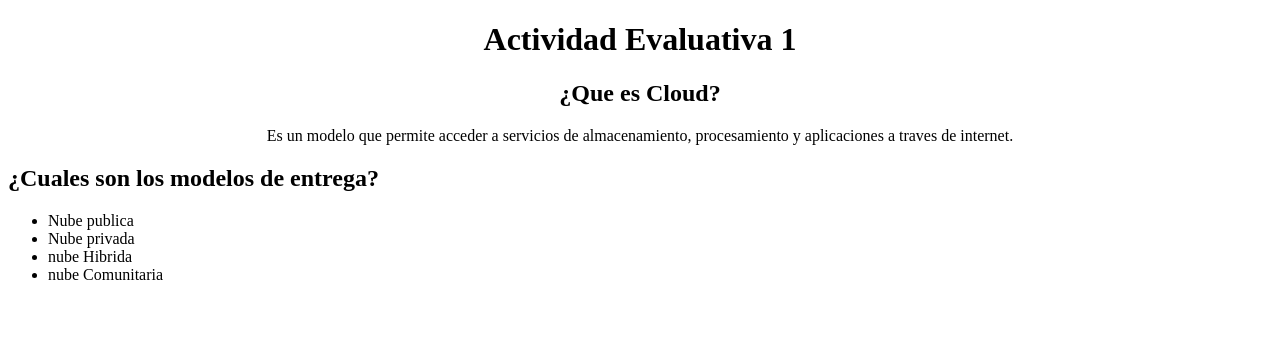
Repository: Laura-Oliveros/Actividad-Evaluativa-1
Page: LauSebas.html
An editor plug-in stored every save of this project. The page is shown before and after a run of saves, followed by the edit.
The browser window is 1280 px wide. The pictures show the whole page.

Above is the page before, as saved 2025-09-04 18:57:34.

After the next 3 saves:
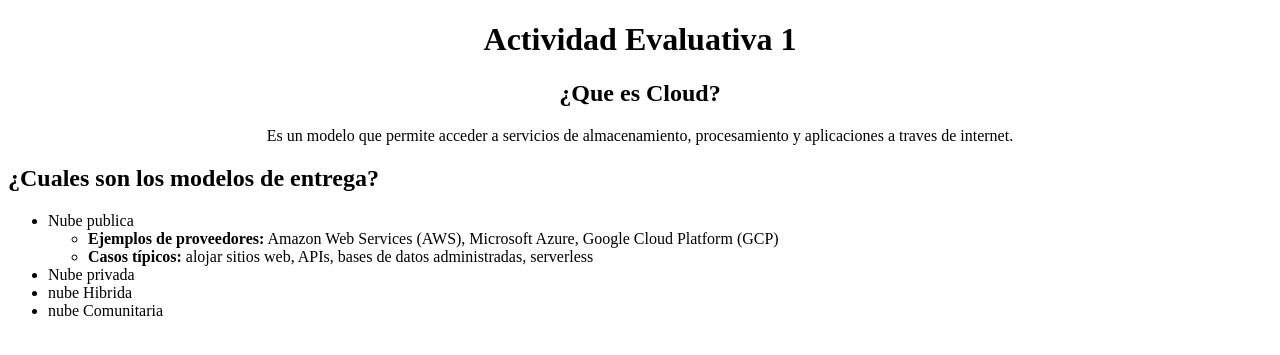
The 3 saves are shown as one change because they came seconds apart.
The last was saved 93 s later.
--- a/LauSebas.html
+++ b/LauSebas.html
@@ -16,6 +16,11 @@
         <h2>¿Cuales son los modelos de entrega?</h2>
         <ul>
             <li>Nube publica</li>
+            <ul>
+      <li><strong>Ejemplos de proveedores:</strong> Amazon Web Services (AWS), Microsoft Azure, Google Cloud Platform (GCP)</li>
+      <li><strong>Casos típicos:</strong> alojar sitios web, APIs, bases de datos administradas, serverless</li>
+    </ul>
+
             <li>Nube privada</li>
             <li>nube Hibrida</li>
             <li>nube Comunitaria</li>
